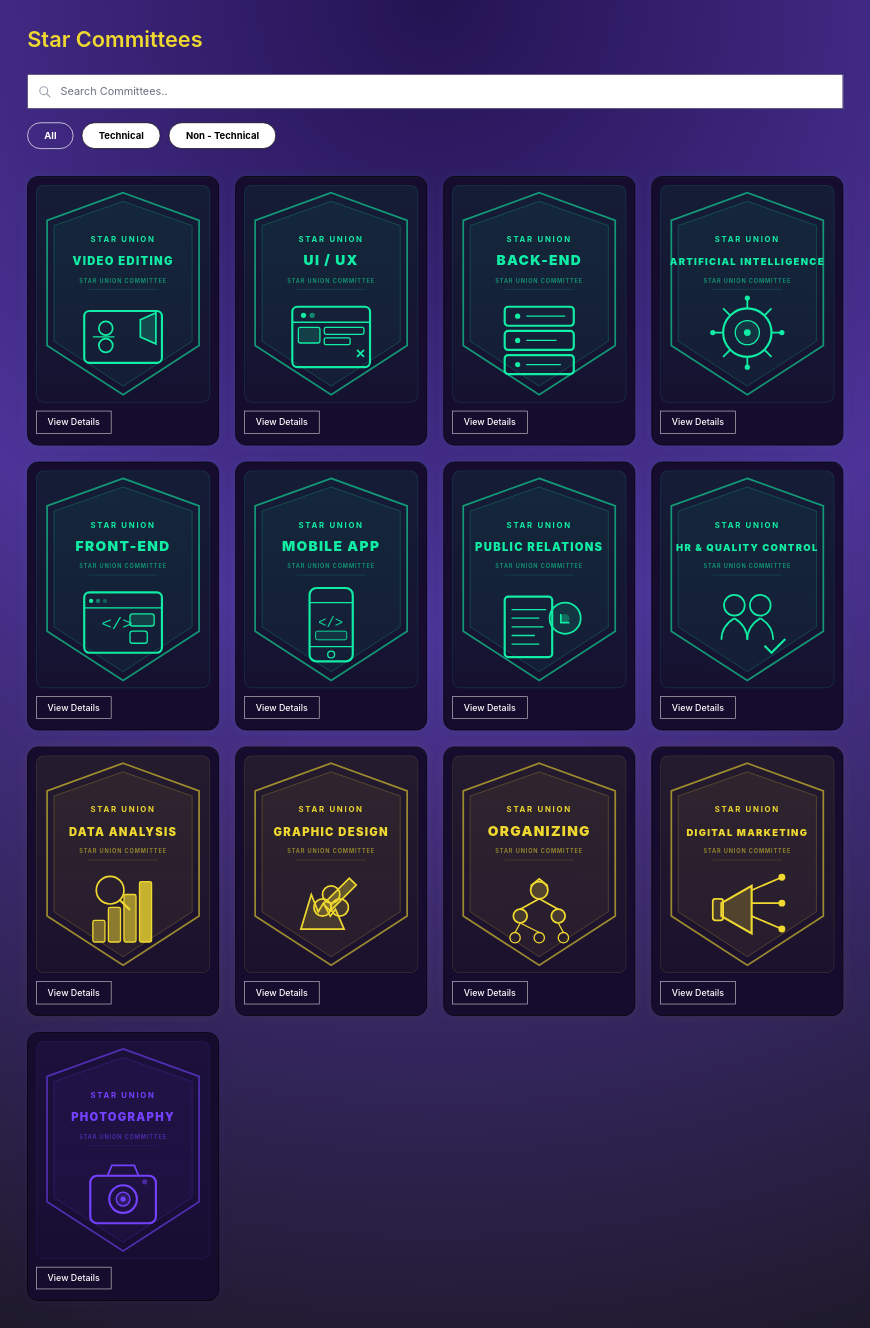
Repository: Frontend-Committee/StarUnion-Website
Page: /committees
An editor plug-in stored every save of this project. The page is shown before and after a run of saves, followed by the edit.
The browser window is 1280 px wide. The pictures show the whole page, at 68% of full size.
The project was rebuilt for these pictures with package versions that can differ from the ones it lists, and the page was loaded fresh each time. Also part of the build but not shown: vite.config.js, src/features/committees/pages/CommitteeDetailsPage.jsx, src/components/common/Navbar.jsx, src/components/common/Footer.jsx.

Above is the page before, as saved 2026-02-26 02:53:04.

### index.html
<!doctype html>
<html lang="en">
  <head>
    <meta charset="UTF-8" />
    <meta name="viewport" content="width=device-width, initial-scale=1.0" />
    <title>star-union</title>
  </head>
  <body>
    <div id="root"></div>
    <script type="module" src="/src/main.jsx"></script>
  </body>
</html>

### src/App.jsx
import { BrowserRouter, Route, Routes } from "react-router-dom";
import "./App.css";

import CommitteeDetailsPage from "./features/committees/pages/CommitteeDetailsPage";
import CommitteesPage from "./features/committees/pages/CommitteesPage";
import MainLayout from "./layouts/MainLayout";

function App() {
  return (
    <BrowserRouter>
      <Routes>
        <Route element={<MainLayout />}>
          <Route path="/committees" element={<CommitteesPage />} />
          <Route path="/committees/:slug" element={<CommitteeDetailsPage />} />
          {/* Fallback — redirect to committees for now */}
          <Route path="*" />
        </Route>
      </Routes>
    </BrowserRouter>
  );
}

export default App;

### src/App.css
@tailwind base;
@tailwind components;
@tailwind utilities;

/* Import Inter from Google Fonts */
@import url("https://fonts.googleapis.com/css2?family=Inter:wght@400;500;600;700;800;900&display=swap");

/* Base global styles */
* {
  margin: 0;
  padding: 0;
  box-sizing: border-box;
}

html {
  scroll-behavior: smooth;
}

body {
  font-family:
    "Inter",
    -apple-system,
    BlinkMacSystemFont,
    "Segoe UI",
    Roboto,
    sans-serif;
  -webkit-font-smoothing: antialiased;
  -moz-osx-font-smoothing: grayscale;
}

/* Hide scrollbar utility */
.scrollbar-hide {
  -ms-overflow-style: none;
  scrollbar-width: none;
}
.scrollbar-hide::-webkit-scrollbar {
  display: none;
}

### src/features/committees/pages/CommitteesPage.jsx
import { AnimatePresence, motion as Motion } from "framer-motion";
import { useMemo, useState } from "react";
import ScrollAnimation from "../../../components/ui/ScrollAnimation";
import {
  COMMITTEE_CATEGORIES,
  COMMITTEES_DATA,
} from "../../../utils/constants";
import CommitteeCard from "../components/CommitteeCard";

const FILTER_TABS = [
  { label: "All", value: COMMITTEE_CATEGORIES.ALL },
  { label: "Technical", value: COMMITTEE_CATEGORIES.TECHNICAL },
  { label: "Non - Technical", value: COMMITTEE_CATEGORIES.NON_TECHNICAL },
];

export default function CommitteesPage() {
  const [searchQuery, setSearchQuery] = useState("");
  const [activeFilter, setActiveFilter] = useState(COMMITTEE_CATEGORIES.ALL);

  const filteredCommittees = useMemo(() => {
    return COMMITTEES_DATA.filter((c) => {
      const matchesSearch = c.name
        .toLowerCase()
        .includes(searchQuery.toLowerCase());
      const matchesFilter =
        activeFilter === COMMITTEE_CATEGORIES.ALL || c.type === activeFilter;
      return matchesSearch && matchesFilter;
    });
  }, [searchQuery, activeFilter]);

  return (
    <section className="min-h-screen bg-gradientBg3 py-10 px-4 md:px-8">
      <div className="max-w-[1200px] mx-auto">
        {/* Page Title */}
        <ScrollAnimation variant="fade-down">
          <h1 className="text-h2 text-tertiary font-semibold mb-8">
            Star Committees
          </h1>
        </ScrollAnimation>

        {/* Search Bar */}
        <ScrollAnimation variant="fade-up" delay={100}>
          <div className="relative mb-5">
            <div className="absolute inset-y-0 left-4 flex items-center pointer-events-none">
              <svg
                className="w-5 h-5 text-gray-400"
                fill="none"
                stroke="currentColor"
                viewBox="0 0 24 24"
              >
                <path
                  strokeLinecap="round"
                  strokeLinejoin="round"
                  strokeWidth={2}
                  d="M21 21l-6-6m2-5a7 7 0 11-14 0 7 7 0 0114 0z"
                />
              </svg>
            </div>
            <input
              id="committee-search"
              type="text"
              placeholder="Search Committees.."
              value={searchQuery}
              onChange={(e) => setSearchQuery(e.target.value)}
              className="w-full  text-white pl-12 pr-4 py-3 rounded-lg border border-[#2a2050] focus:border-primary focus:outline-none placeholder-gray-500 text-body font-normal transition-colors"
            />
          </div>
        </ScrollAnimation>

        {/* Filter Tabs */}
        <ScrollAnimation variant="fade-up" delay={200}>
          <div className="flex gap-3 mb-10">
            {FILTER_TABS.map((tab) => (
              <button
                key={tab.value}
                id={`filter-${tab.value}`}
                onClick={() => setActiveFilter(tab.value)}
                className={`px-6 py-2 rounded-full text-[14px] font-bold transition-all duration-300 ${
                  activeFilter === tab.value
                    ? "bg-primary text-white border border-white"
                    : "border border-primary bg-white    hover:bg-white/10"
                }`}
              >
                {tab.label}
              </button>
            ))}
          </div>
        </ScrollAnimation>

        {/* Committees Grid */}
        <Motion.div
          layout
          className="grid grid-cols-1 sm:grid-cols-2 lg:grid-cols-4 gap-6"
        >
          <AnimatePresence mode="popLayout">
            {filteredCommittees.map((committee, index) => (
              <Motion.div
                key={committee.id}
                layout
                initial={{ opacity: 0, scale: 0.9 }}
                animate={{ opacity: 1, scale: 1 }}
                exit={{ opacity: 0, scale: 0.9 }}
                transition={{ duration: 0.3 }}
              >
                <CommitteeCard
                  committee={committee}
                  delay={(index % 4) * 150}
                />
              </Motion.div>
            ))}
          </AnimatePresence>
        </Motion.div>

        {/* Empty state */}
        {filteredCommittees.length === 0 && (
          <ScrollAnimation variant="fade-up">
            <div className="text-center py-20">
              <p className="text-gray-400 text-h4">No committees found</p>
              <p className="text-gray-500 mt-2 text-body font-normal">
                Try adjusting your search or filter
              </p>
            </div>
          </ScrollAnimation>
        )}
      </div>
    </section>
  );
}

### src/layouts/MainLayout.jsx
import { Outlet } from "react-router-dom";
import Navbar from "../components/common/Navbar";
import Footer from "../components/common/Footer";

export default function MainLayout() {
  return (
    <div className="flex flex-col min-h-screen">
      {/* <Navbar /> */}
      <main className="flex-1">
        <Outlet />
      </main>
      {/* <Footer /> */}
    </div>
  );
}

### src/components/ui/ScrollAnimation.jsx
import { useEffect, useRef, useState } from 'react';

export default function ScrollAnimation({
    children,
    className = '',
    variant = 'fade-up',
    delay = 0,
    style
}) {
    const [isVisible, setIsVisible] = useState(false);
    const ref = useRef(null);

    useEffect(() => {
        const observer = new IntersectionObserver(([entry]) => {
            if (!entry) return;
            if (entry.isIntersecting) {
                setIsVisible(true);
                observer.disconnect();
            }
        }, { threshold: 0.1 });

        if (ref.current) observer.observe(ref.current);
        return () => observer.disconnect();
    }, []);

    const variants = {
        'fade-up': 'translate-y-10',
        'fade-down': '-translate-y-10',
        'fade-left': 'translate-x-10',
        'fade-right': '-translate-x-10',
        'zoom-in': 'scale-95'
    };

    return (
        <div
            ref={ref}
            className={`transition-all duration-700 ease-out ${isVisible
                ? 'opacity-100 transform-none'
                : `opacity-0 ${variants[variant]}`
            } ${className}`}
            style={{ transitionDelay: `${delay}ms`, ...style }}
        >
            {children}
        </div>
    );
}

### src/features/committees/components/CommitteeCard.jsx
import { motion as Motion } from "framer-motion";
import { Link } from "react-router-dom";
import ScrollAnimation from "../../../components/ui/ScrollAnimation";
import { ACCENT_COLORS } from "../../../utils/constants";
import CommitteeBadge from "./CommitteeBadge";

export default function CommitteeCard({ committee, delay = 0 }) {
  const color = ACCENT_COLORS[committee.accent] || ACCENT_COLORS.teal;

  return (
    <ScrollAnimation variant="fade-up" delay={delay} className="h-full">
      <Link to={`/committees/${committee.slug}`} className="block group h-full">
        <Motion.div
          whileHover={{ scale: 1.04, y: -4 }}
          transition={{ type: "spring", stiffness: 300, damping: 20 }}
          className="relative rounded-[16px] overflow-hidden border border-primary/40 bg-[#160d2e] cursor-pointer h-full flex flex-col"
          style={{
            boxShadow: `0 0 20px ${color}10, inset 0 1px 0 ${color}15`,
          }}
        >
          {/* Badge illustration area */}
          <div className="flex-1 p-3 pb-2">
            <div
              className="w-full aspect-[4/5] rounded-xl overflow-hidden flex items-center justify-center relative"
              style={{
                background: `linear-gradient(180deg, ${color}12 0%, ${color}06 100%)`,
                border: `1px solid ${color}25`,
              }}
            >
              <CommitteeBadge
                name={committee.name}
                icon={committee.icon}
                color={color}
              />
            </div>
          </div>

          {/* View Details button */}
          <div className="px-3 pb-4 pt-1">
            <span className="inline-block px-4 py-[6px] text-[13px] text-white border border-white/70 rounded-md font-medium group-hover:bg-white/10 transition-colors duration-200">
              View Details
            </span>
          </div>

          {/* Hover glow effect */}
          <div
            className="absolute inset-0 opacity-0 group-hover:opacity-100 transition-opacity duration-300 pointer-events-none rounded-[16px]"
            style={{
              boxShadow: `0 0 40px ${color}20, 0 0 80px ${color}10`,
            }}
          />
        </Motion.div>
      </Link>
    </ScrollAnimation>
  );
}

Loaded but not shown: src/main.jsx (common file); src/utils/constants.js (185 lines, source omitted); tailwind.config.js (158 lines, source omitted); src/features/committees/components/CommitteeBadge.jsx (604 lines, source omitted)

After the next 2 saves:
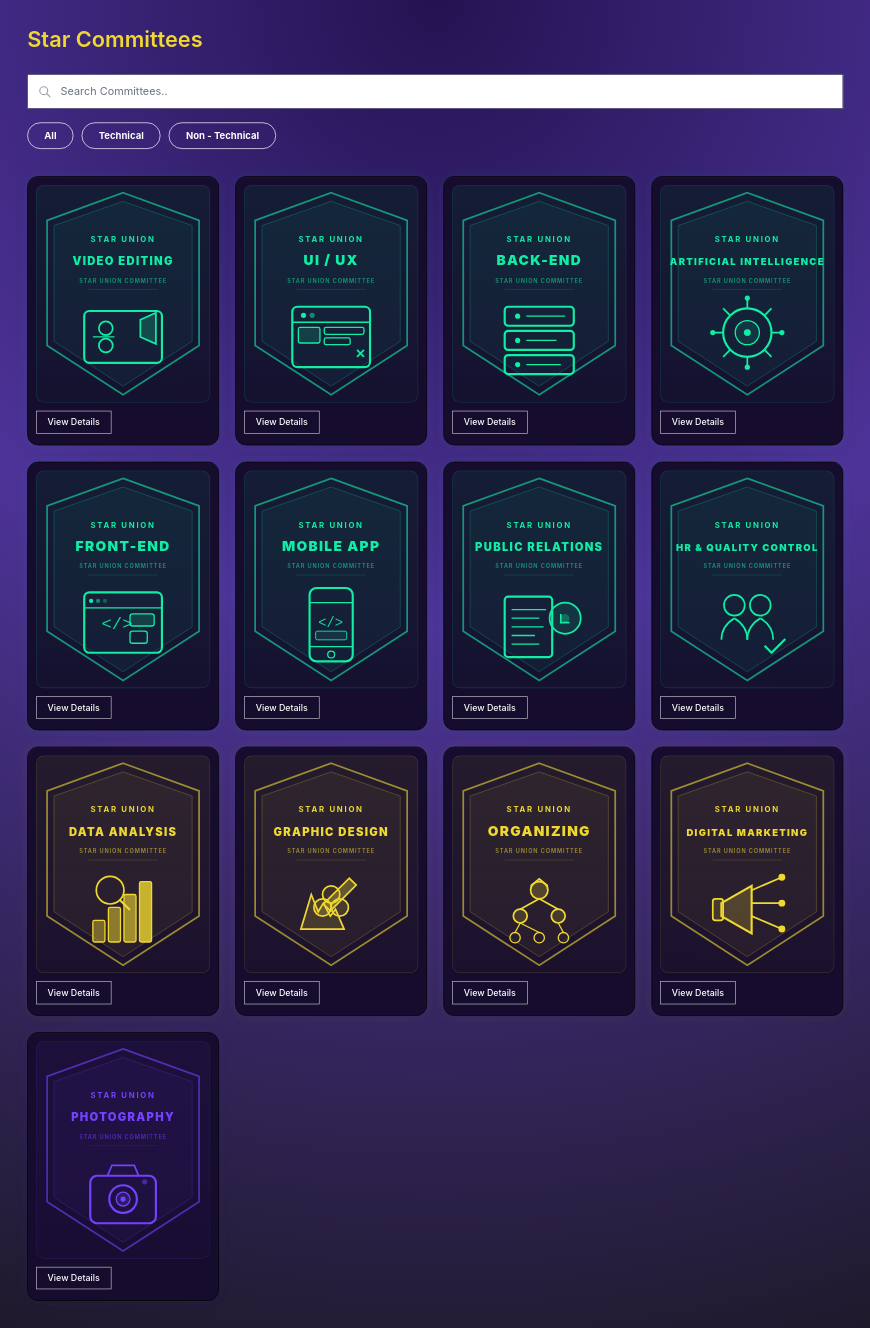
The 2 saves are shown as one change because they came seconds apart.
The last was saved 11 s later.
--- a/src/features/committees/pages/CommitteesPage.jsx
+++ b/src/features/committees/pages/CommitteesPage.jsx
@@ -78,7 +78,7 @@ export default function CommitteesPage() {
                 className={`px-6 py-2 rounded-full text-[14px] font-bold transition-all duration-300 ${
                   activeFilter === tab.value
                     ? "bg-primary text-white border border-white"
-                    : "border border-primary bg-white    hover:bg-white/10"
+                    : "border border-primary  text-white hover:bg-white/10"
                 }`}
               >
                 {tab.label}
